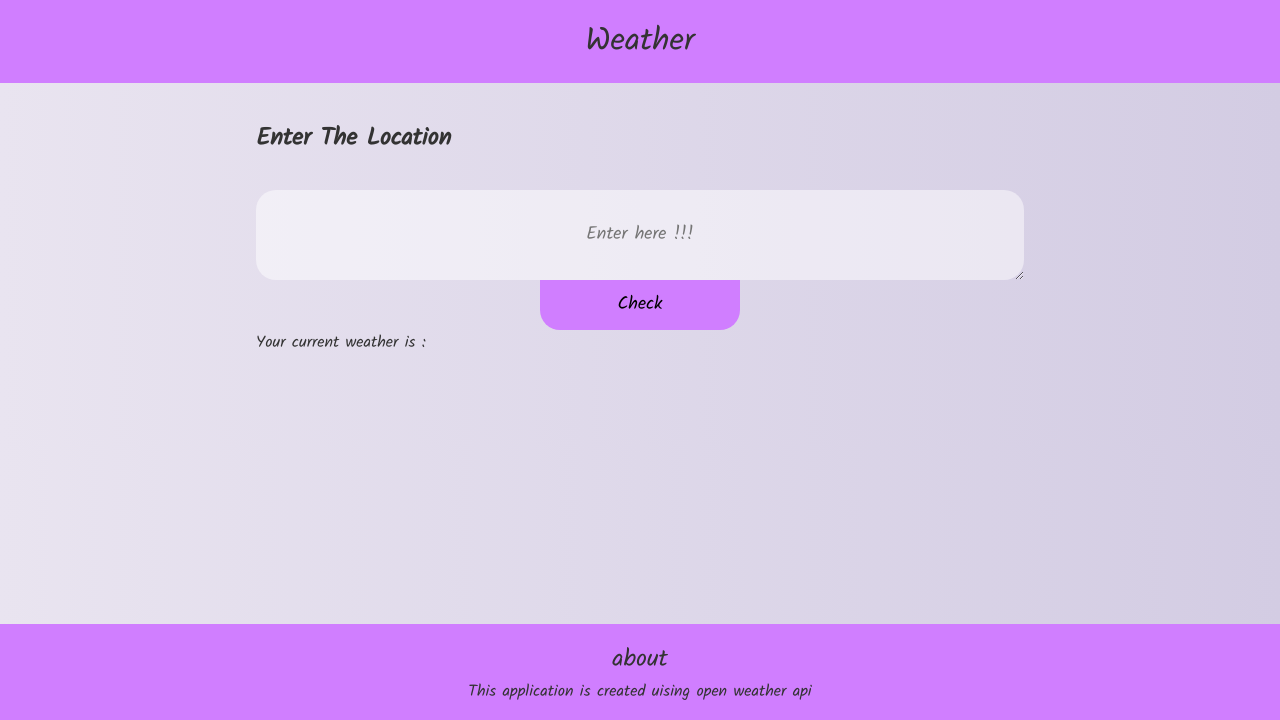
Repository: Irfan-vit/openapi
Page: index.html
An editor plug-in stored every save of this project. The page is shown before and after the next save, followed by the edit.
The browser window is 1280 px wide. The pictures show the whole page.

Above is the page before, as saved 2021-05-27 23:57:31.

After the next save:
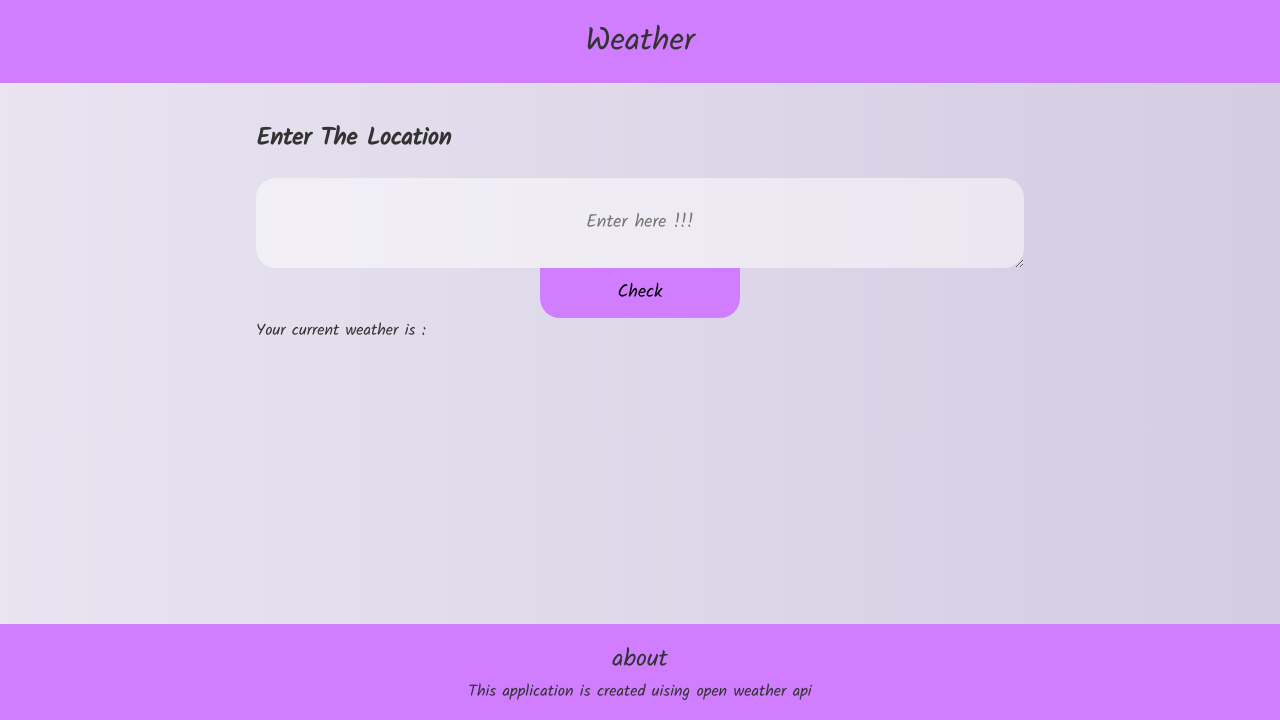
Saved 18 s later.
--- a/style.css
+++ b/style.css
@@ -34,7 +34,7 @@ textarea {
     display: block;
     width: 100%;
     min-height: 5vh;
-    margin-top: 2rem;
+    /* margin-top: 2rem; */
     font-size: large;
     font-family: inherit;
     background-color: #ffffff7a;
